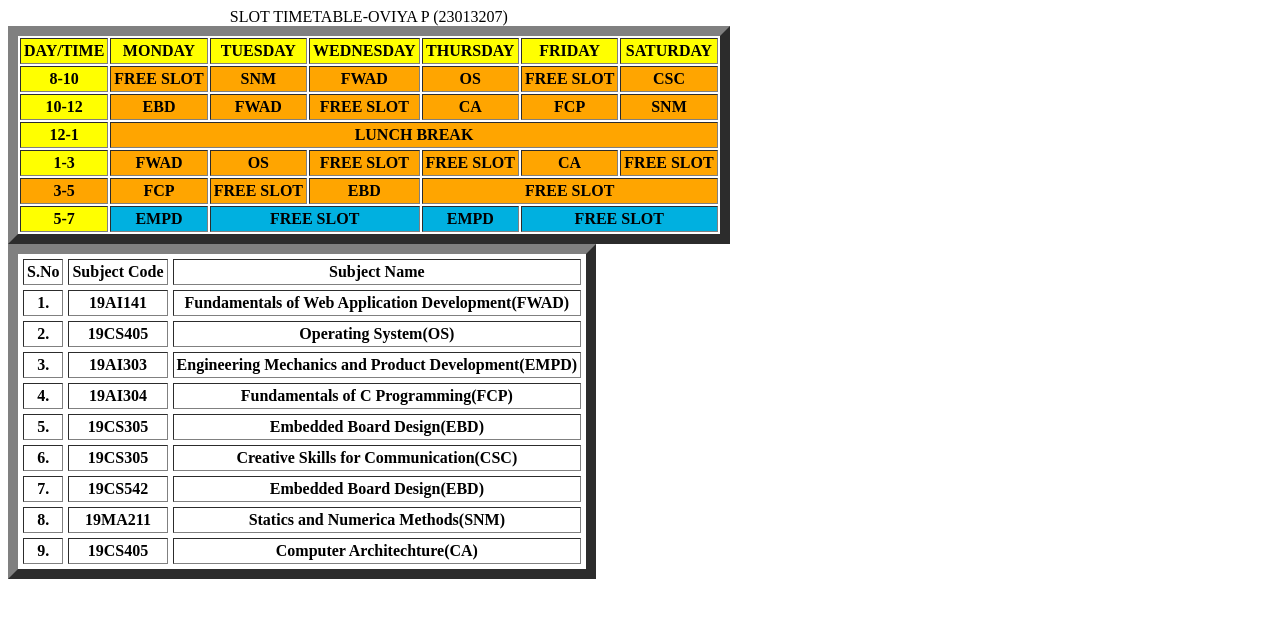
Repository: Oviya24032K6/slot
Page: oviya/static/time.html
These files come from the project's save history. The page is drawn as it stood at one moment and after the next save; the edit follows.
The browser window is 1280 px wide. The pictures show the whole page.

Above is the page before, as saved 2024-03-15 20:37:12.

After the next save:
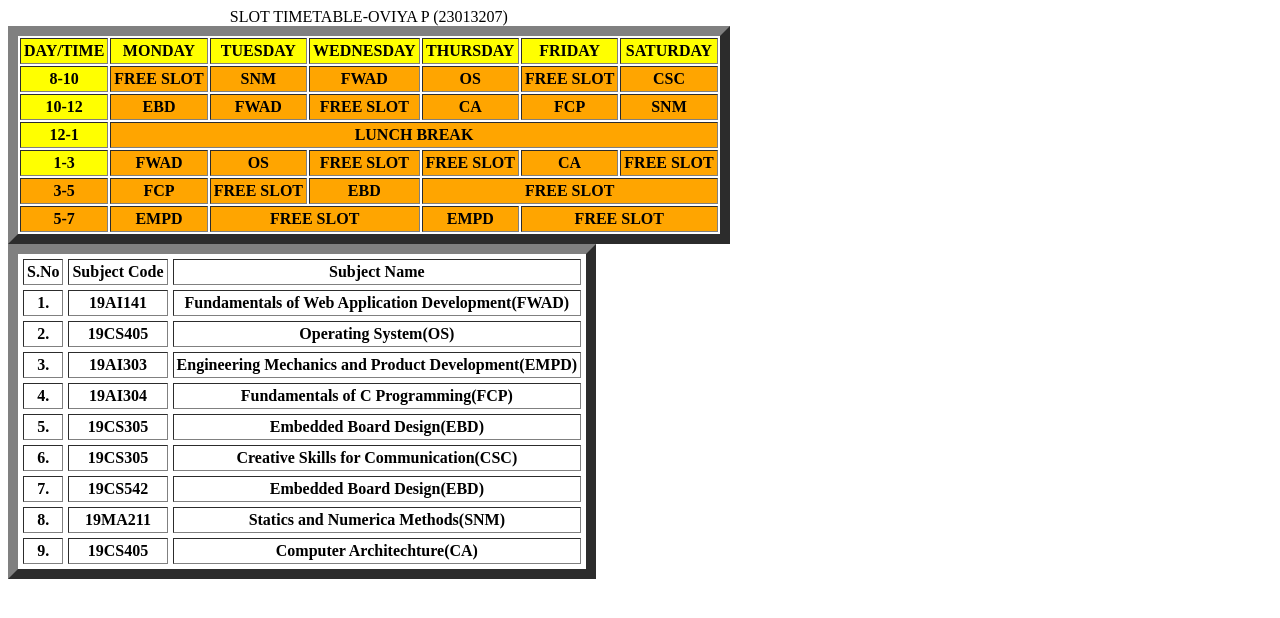
Saved 34 s later.
--- a/oviya/static/time.html
+++ b/oviya/static/time.html
@@ -53,11 +53,11 @@
             <th bgcolor="orange" colspan="4">FREE SLOT</th>
         </tr>
         <tr>
-            <th bgcolor="yellow">5-7</th>
-            <th bgcolor="sky blue" >EMPD</th>
-            <th bgcolor="sky blue" colspan="2">FREE SLOT</th>
-            <th bgcolor="sky blue" >EMPD</th>
-            <th bgcolor="sky blue" colspan="2">FREE SLOT</th>
+            <th bgcolor="orange">5-7</th>
+            <th bgcolor="orange" >EMPD</th>
+            <th bgcolor="orange" colspan="2">FREE SLOT</th>
+            <th bgcolor="orange" >EMPD</th>
+            <th bgcolor="orange" colspan="2">FREE SLOT</th>
 
         </tr>
 
